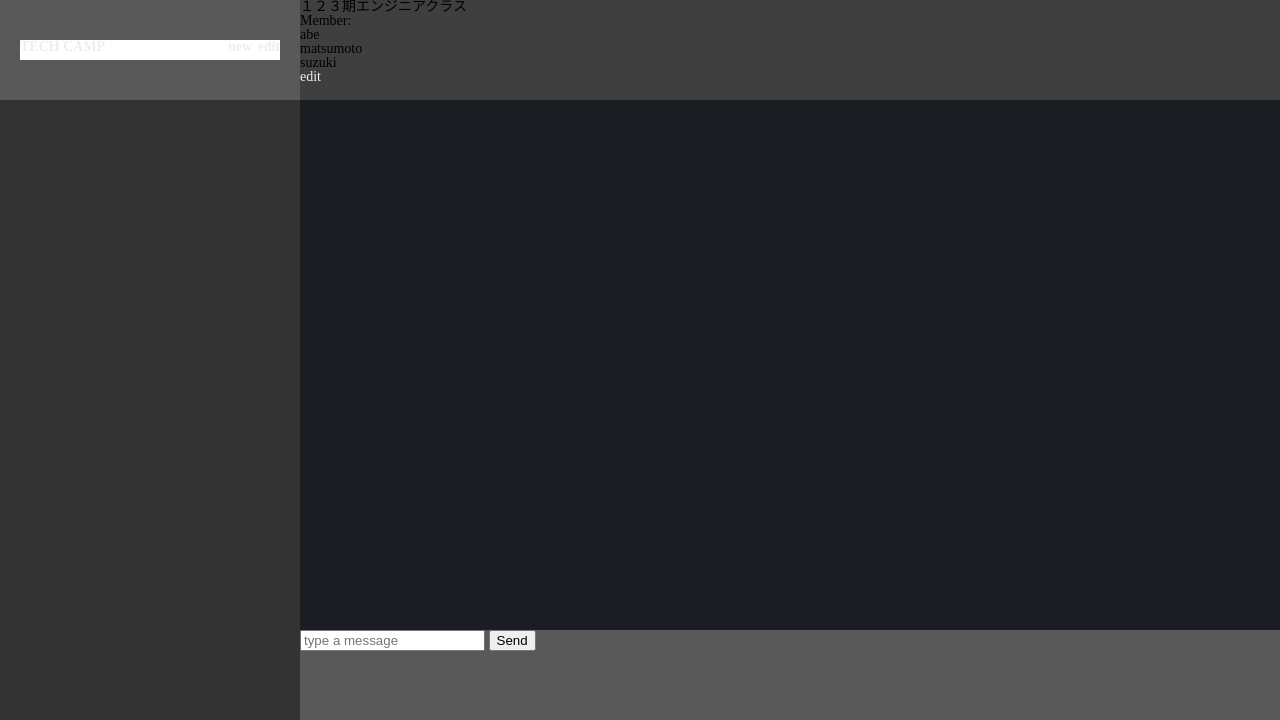
Repository: gorirawomen/first_app
Page: chat-app/index.html
The author's editor kept a record of every edit. The page is drawn from the files as they stood at one moment, then again after the next edit.
The browser window is 1280 px wide. The pictures show the whole page.

Above is the page before.

### chat-app/index.html
<!DOCTYPE html>
<html>
<head>
    <meta charset="UTF-8">
    <link rel="stylesheet" href="reset.css">
    <link rel="stylesheet" href="style.css">
    <title>chat-app</title>
</head>
<body>
    <div class="wrapper">
        <div class="chat-side">
            <div class="side-header">
                <div class="side-box">
                     <p class="user-name">TECH CAMP</p>
                    <div class="menu">
                        <div class="new-group"><a href="#">new</a></div>
                        <div class="edit-user"><a href="#">edit</a></div>
                    </div>
                </div>

            </div>
            <div class="grouops"></div>
        </div>
        <div class="chat-main">
            <div class="main-header">
              <div class="header-leftbox">
                <h2 class="current-group">１２３期エンジニアクラス</h2>
                <ul class="member-list"> Member:
                    <li class="member">abe</li>
                    <li class="member">matsumoto</li>
                    <li class="member">suzuki</li>
                </ul>
              </div>
                <a href="#" class="edit-btn">edit</a>
            </div>
            <div class="messages"></div>
            <div class="form">
        <form class="new-message">
          <input class="input-text" placeholder="type a message" type="text">
          <input class="submit-btn" type="submit" value="Send">
        </form>            </div>
            </div>

        </div>
    </div>
</body>
</html>

### chat-app/reset.css
/* http://meyerweb.com/eric/tools/css/reset/
   v2.0 | 20110126
   License: none (public domain)
*/

html, body, div, span, applet, object, iframe,
h1, h2, h3, h4, h5, h6, p, blockquote, pre,
a, abbr, acronym, address, big, cite, code,
del, dfn, em, img, ins, kbd, q, s, samp,
small, strike, strong, sub, sup, tt, var,
b, u, i, center,
dl, dt, dd, ol, ul, li,
fieldset, form, label, legend,
table, caption, tbody, tfoot, thead, tr, th, td,
article, aside, canvas, details, embed,
figure, figcaption, footer, header, hgroup,
menu, nav, output, ruby, section, summary,
time, mark, audio, video {
	margin: 0;
	padding: 0;
	border: 0;
	font-size: 100%;
	font: inherit;
	vertical-align: baseline;
}
/* HTML5 display-role reset for older browsers */
article, aside, details, figcaption, figure,
footer, header, hgroup, menu, nav, section {
	display: block;
}

* {
	box-sizing: border-box;
}

html {
  font-size: 62.5%;
}

body {
	line-height: 1;
	font-size: 1.4rem;
}

ol, ul {
	list-style: none;
}
blockquote, q {
	quotes: none;
}
blockquote:before, blockquote:after,
q:before, q:after {
	content: '';
	content: none;
}
table {
	border-collapse: collapse;
	border-spacing: 0;
}

### chat-app/style.css
.wrapper {
    display: flex;
    height: 100vh;
}

.chat-side {
    background-color: #333333;
    width: 300px;
}

.chat-main {
    background-color: #1a1d21;
    width: calc(100% - 300px);
}

.side-header {
    background-color: #595959;
    height: 100px;
    width: 300px;
    display: flex;
    align-items: center;
}

.side-box {
    height: 20px;
    width: 260px;
    margin: 0 20px;
    background-color: #ffffff;
    display: flex;
    justify-content: space-between;
    font-weight: bold;
}

.side-box.a{
    font : white;
}

.gropus {
    background-color: #333333;
    height: calc(100% - 100px);
    width: 300px;
}

.main-header {
    background-color: #3f3f3f;
    height: 100px;
}

.messages {
    background-color: #1a1d21;
    height: calc(100% - 190px)
}

.form {
    background-color: #595959;
    height: 90px;
}

.user-name {
  color: #eeeeee;
}

.menu {
    display: flex;
    text-decoration: none;
}

.new-group {
    margin-right : 5px;
}

a {
    text-decoration: none;
    color: #eeeeee;
}

After the next edit:
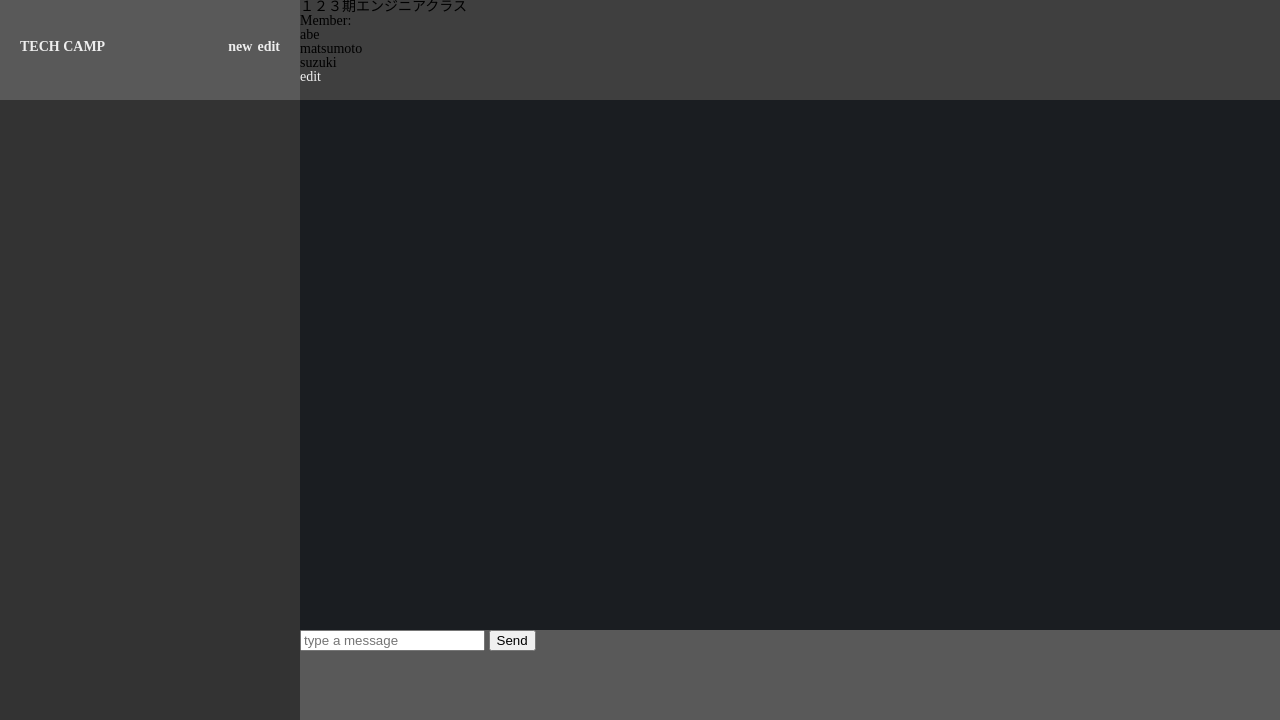
The edit:
--- a/chat-app/style.css
+++ b/chat-app/style.css
@@ -25,7 +25,6 @@
     height: 20px;
     width: 260px;
     margin: 0 20px;
-    background-color: #ffffff;
     display: flex;
     justify-content: space-between;
     font-weight: bold;
